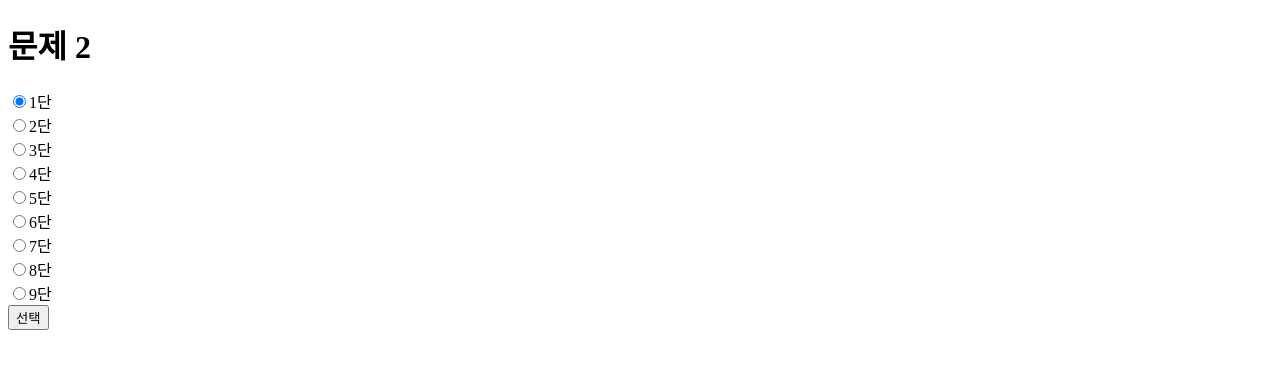
Repository: YooMyeongSeon/JSP_Servlet_Study
Page: web02/WebContent/Quiz_02.html
The author's editor kept a copy of each file at every save. The page is drawn from the files as they stood at one save, then again after the next save.
The browser window is 1280 px wide. The pictures show the whole page.

Above is the page before, as saved 2022-06-09 08:40:00.

After the next save:
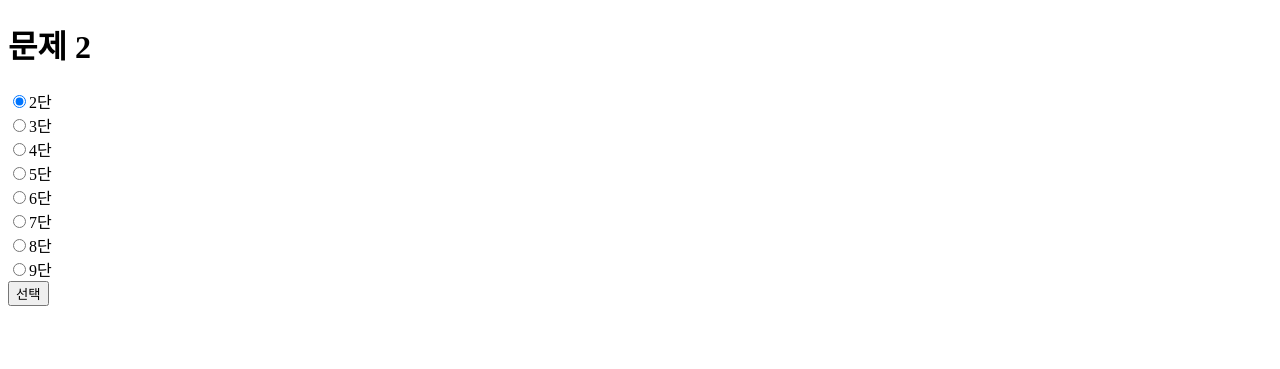
Saved 60 s later.
--- a/web02/WebContent/Quiz_02.html
+++ b/web02/WebContent/Quiz_02.html
@@ -7,8 +7,7 @@
 <body>
 	<h1>문제 2</h1>
 	<form action="Quiz_02" method="get">
-		<label><input type="radio" name="dan" value="dan1" checked>1단</label><br>
-		<label><input type="radio" name="dan" value="dan2">2단</label><br>
+		<label><input type="radio" name="dan" value="dan2" checked>2단</label><br>
 		<label><input type="radio" name="dan" value="dan3">3단</label><br>
 		<label><input type="radio" name="dan" value="dan4">4단</label><br>
 		<label><input type="radio" name="dan" value="dan5">5단</label><br>
